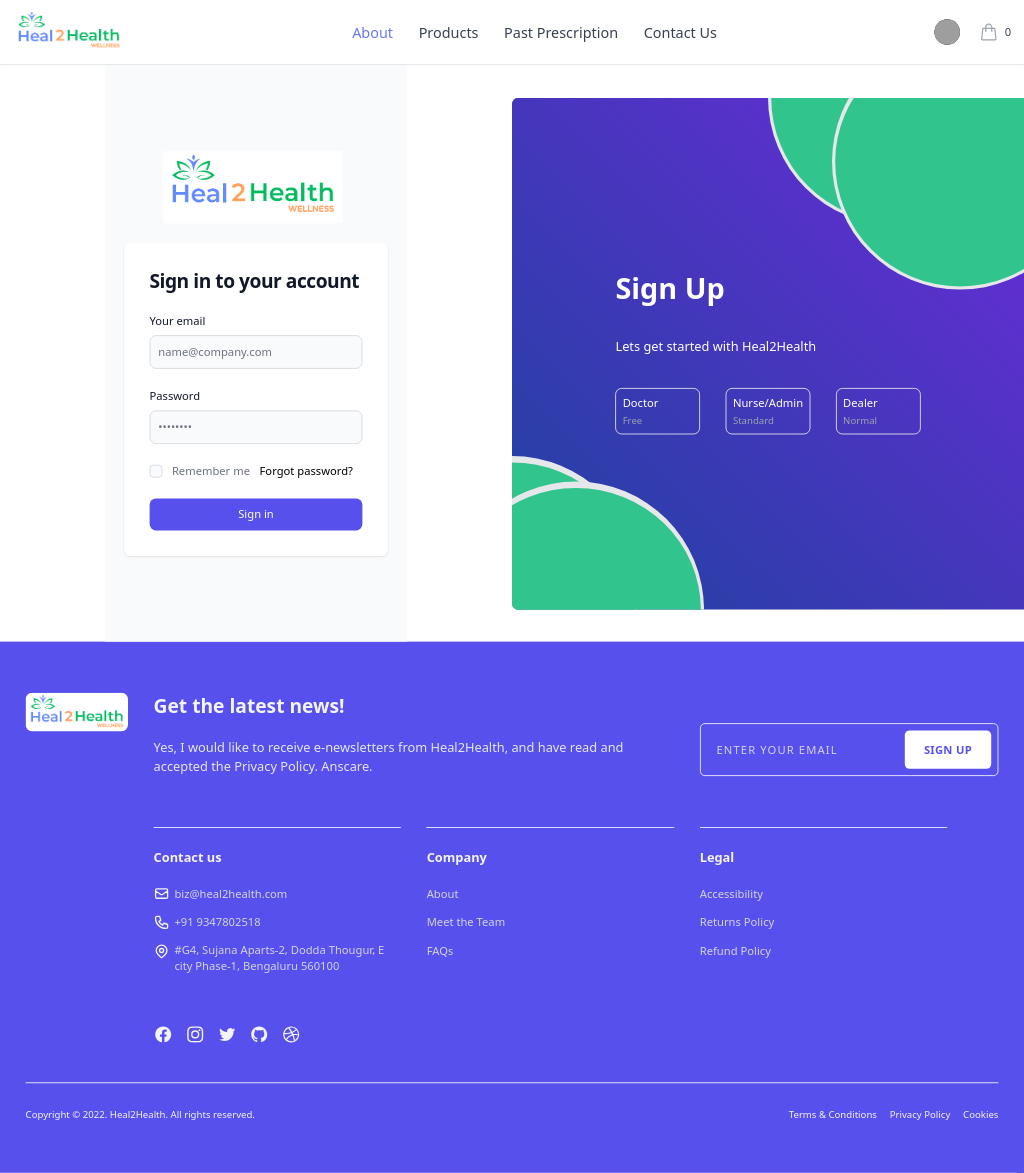
Repository: Akash123-coder/H2H
Page: /login (app in Frontend/)
An editor plug-in stored every save of this project. The page is shown before and after the next save, followed by the edit.
The browser window is 1280 px wide. The pictures show the whole page, at 80% of full size.
Pictures or frames that could not be fetched are drawn as grey boxes. The project was rebuilt for these pictures with package versions that can differ from the ones it lists, and the page was loaded fresh each time. Also part of the build but not shown: Frontend/vite.config.ts, Frontend/src/pages/About.tsx, Frontend/src/components/Cta.jsx, Frontend/src/pages/Home.jsx, Frontend/src/components/Product.tsx, Frontend/src/pages/Prescription.jsx, Frontend/src/pages/SignUp.jsx, Frontend/src/pages/CompanyNameSelect.jsx and 3 more.

Above is the page before, as saved 2022-10-04 13:59:18.

After the next save:
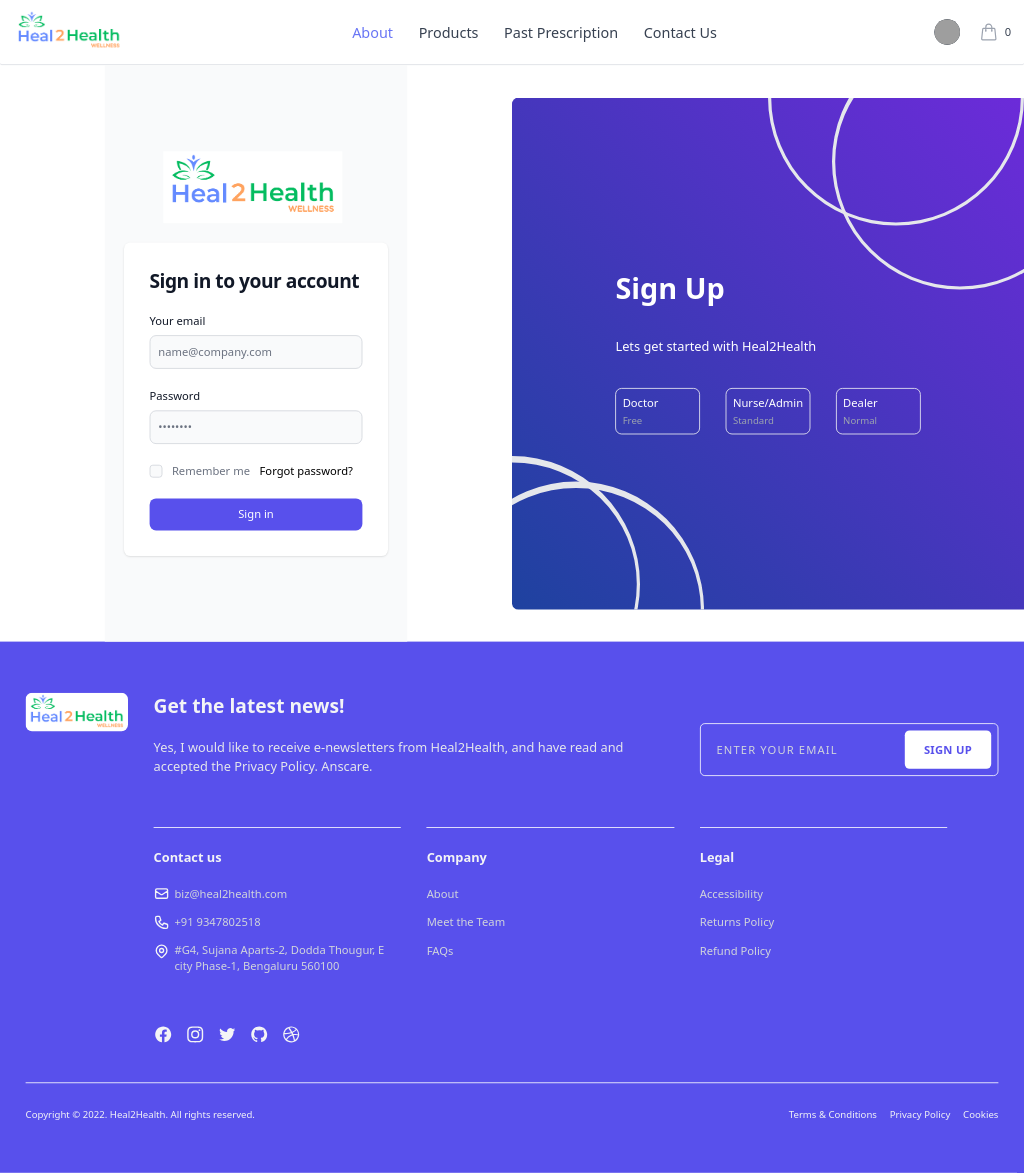
Saved 8 s later.
--- a/Frontend/src/pages/Login.jsx
+++ b/Frontend/src/pages/Login.jsx
@@ -201,10 +201,10 @@
           </div>
         </div>
 
-        <div class="absolute bg-transperent bg-green-400  -bottom-32 -left-40 w-80 h-80 border-4 rounded-full border-opacity-30 border-t-8"></div>
-        <div class="absolute bg-transperent bg-green-400 -bottom-40 -left-20 w-80 h-80 border-4 rounded-full border-opacity-30 border-t-8"></div>
-        <div class="absolute bg-transperent bg-green-400 -top-40 -right-0 w-80 h-80 border-4 rounded-full border-opacity-30 border-t-8"></div>
-        <div class="absolute bg-transperent bg-green-400 -top-20 -right-20 w-80 h-80 border-4 rounded-full border-opacity-30 border-t-8"></div>
+        <div class="absolute bg-transparent bg-green-400  -bottom-32 -left-40 w-80 h-80 border-4 rounded-full border-opacity-30 border-t-8"></div>
+        <div class="absolute bg-transparent bg-green-400 -bottom-40 -left-20 w-80 h-80 border-4 rounded-full border-opacity-30 border-t-8"></div>
+        <div class="absolute bg-transparent bg-green-400 -top-40 -right-0 w-80 h-80 border-4 rounded-full border-opacity-30 border-t-8"></div>
+        <div class="absolute bg-transparent bg-green-400 -top-20 -right-20 w-80 h-80 border-4 rounded-full border-opacity-30 border-t-8"></div>
       </div>
     </div>
   );

After the save that followed:
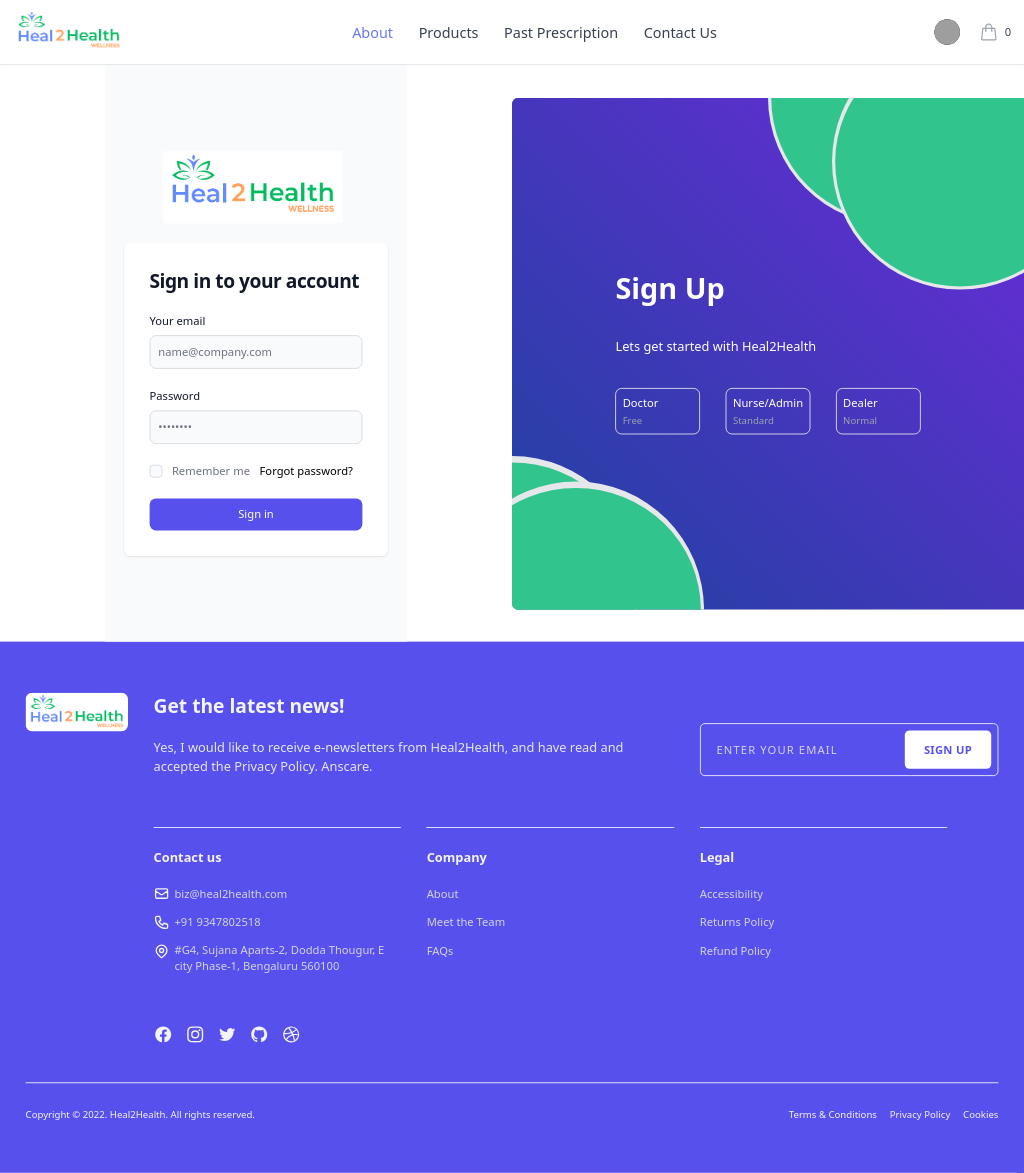
Saved 5 s later.
--- a/Frontend/src/pages/Login.jsx
+++ b/Frontend/src/pages/Login.jsx
@@ -201,10 +201,10 @@
           </div>
         </div>
 
-        <div class="absolute bg-transparent bg-green-400  -bottom-32 -left-40 w-80 h-80 border-4 rounded-full border-opacity-30 border-t-8"></div>
-        <div class="absolute bg-transparent bg-green-400 -bottom-40 -left-20 w-80 h-80 border-4 rounded-full border-opacity-30 border-t-8"></div>
-        <div class="absolute bg-transparent bg-green-400 -top-40 -right-0 w-80 h-80 border-4 rounded-full border-opacity-30 border-t-8"></div>
-        <div class="absolute bg-transparent bg-green-400 -top-20 -right-20 w-80 h-80 border-4 rounded-full border-opacity-30 border-t-8"></div>
+        <div class="absolute  bg-green-400  -bottom-32 -left-40 w-80 h-80 border-4 rounded-full border-opacity-30 border-t-8"></div>
+        <div class="absolute  bg-green-400 -bottom-40 -left-20 w-80 h-80 border-4 rounded-full border-opacity-30 border-t-8"></div>
+        <div class="absolute  bg-green-400 -top-40 -right-0 w-80 h-80 border-4 rounded-full border-opacity-30 border-t-8"></div>
+        <div class="absolute  bg-green-400 -top-20 -right-20 w-80 h-80 border-4 rounded-full border-opacity-30 border-t-8"></div>
       </div>
     </div>
   );
